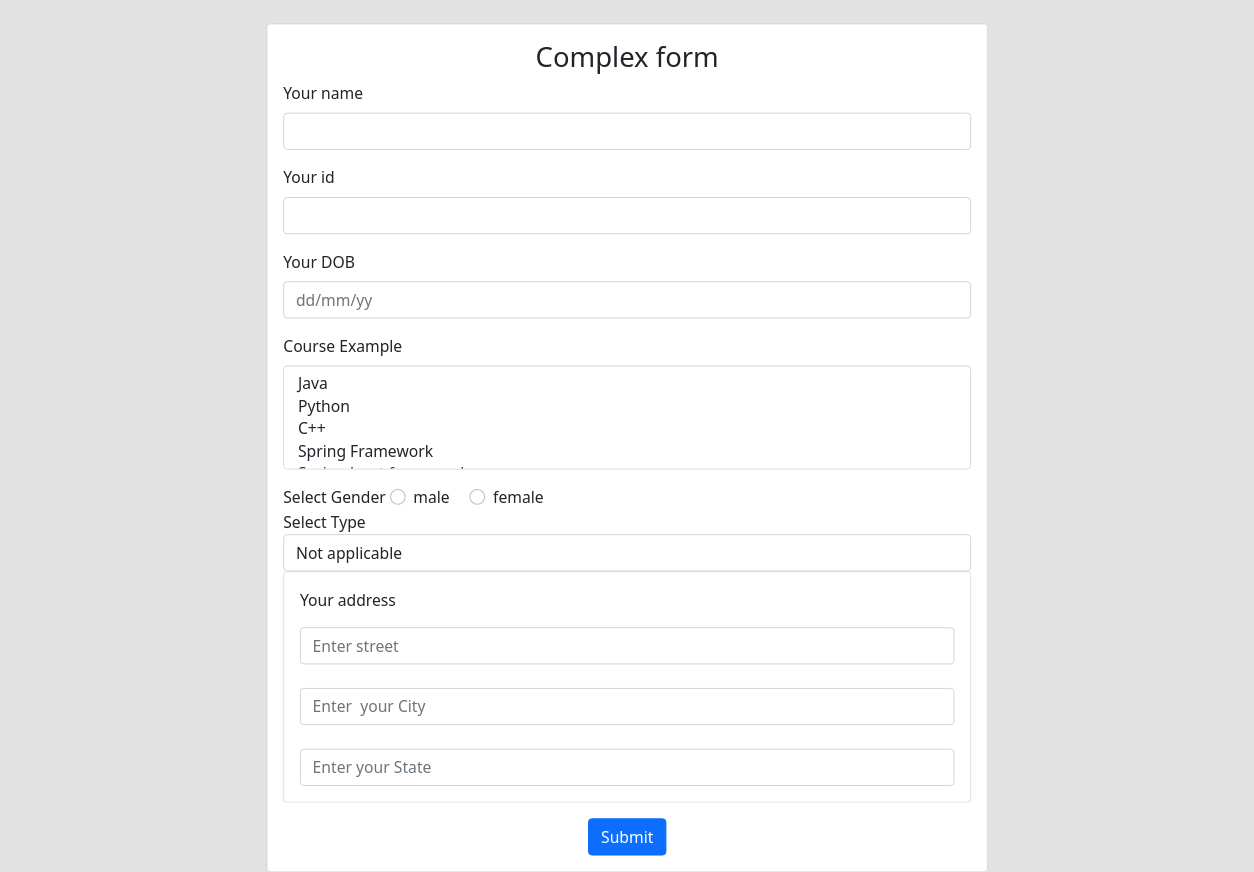
Repository: himanshurai26/Spring-Framewrok-code-
Page: http://localhost/SpringMvcSearch/WEB-INF/views/complex-form.jsp
The author's editor kept a copy of each file at every save. The page is drawn from the files as they stood at one save, then again after the next save.
The browser window is 1280 px wide. The pictures show the whole page, at 98% of full size.
The page is served by Tomcat 9. Nobody is signed in. The template is opened directly, without the code that normally fills it, so the values that code supplies are empty.

Above is the page before, as saved 2023-07-28 22:33:51.

After the next save:
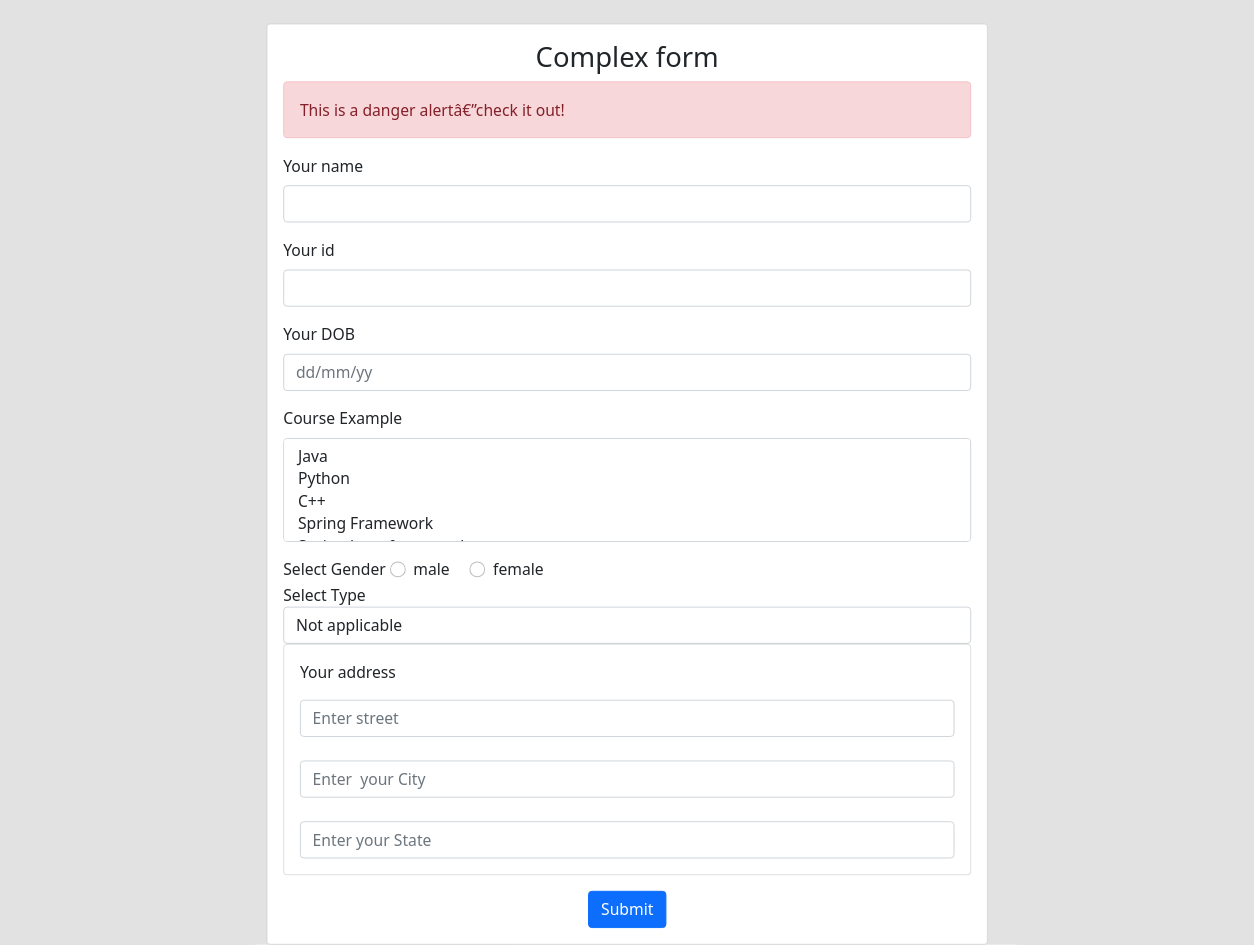
Saved 2 min 54 s later.
--- a/SpringMVC/SpringMvcSearch/src/main/webapp/WEB-INF/views/complex-form.jsp
+++ b/SpringMVC/SpringMvcSearch/src/main/webapp/WEB-INF/views/complex-form.jsp
@@ -20,6 +20,9 @@
    <div class="card">
    <div class="card-body">
    <h3 class="text-center">Complex form</h3>
+   <div class="alert alert-danger" role="alert">
+  This is a danger alert—check it out!
+</div>
    <form action="handleform" method="post" >
 
    <div class="form-group">
